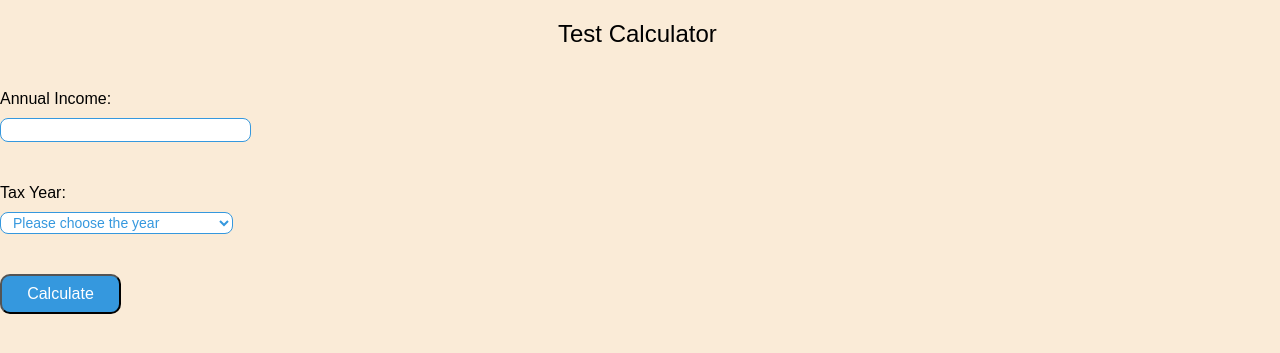
Repository: jbpadilha/taxcalculator
Page: /
An editor plug-in stored every save of this project. The page is shown before and after the next save, followed by the edit.
The browser window is 1280 px wide. The pictures show the whole page.
The project was rebuilt for these pictures with package versions that can differ from the ones it lists, and the page was loaded fresh each time.

Above is the page before, as saved 2023-06-17 21:26:32.

### src/index.css
body {
  background-color: #FAEBD7;
  margin: 0;
  font-family: -apple-system, BlinkMacSystemFont, 'Segoe UI', 'Roboto', 'Oxygen',
    'Ubuntu', 'Cantarell', 'Fira Sans', 'Droid Sans', 'Helvetica Neue',
    sans-serif;
  -webkit-font-smoothing: antialiased;
  -moz-osx-font-smoothing: grayscale;
}

code {
  font-family: source-code-pro, Menlo, Monaco, Consolas, 'Courier New',
    monospace;
}

### src/App.tsx
import React from 'react';
import RoutesComponent from './components/RouteComponent';

const App = () => {
  return (
    <div>
      <header>
      </header>
      <main>
        <RoutesComponent />
      </main>
      <footer>
        <div></div>
      </footer>
    </div>
  );
}

export default App;

### src/components/RouteComponent.tsx
import React from 'react';
import { BrowserRouter as Router, Route, Routes } from 'react-router-dom';

const Main = React.lazy(() => import('./Main'));
const ResultTax = React.lazy(() => import('./ResultTax'));

const RoutesComponent = () => {
    return (
        <Router>
            <Routes>
                <Route path={"/"} element={<Main />} />
                <Route path={"/results"} element={<ResultTax />} />
                <Route path="*" element={<Main />} />
            </Routes>
        </Router>
    );
}

export default RoutesComponent;

### src/components/Main.tsx
import React from 'react';
import { years } from '../config/constants';

const styles = {
    content: {
        marginTop: 20,
        minHeight: 200,
    },
    title: {
        margin: 'auto',
        marginTop: 20,
        width: 164,
        height: 28,
        fontFamily: 'Arial',
        fontSize: 24,
        color: '#000000',
        textDecoration: 'none solid rgb(0, 0, 0)',
    },
    contentInput: {
        marginTop: 40,
    },
    marginInput: {
        marginTop: 10,
    },
    titleInput: {
        paddingTop: 10,
        width: 111,
        height: 18,
        fontFamily: 'Arial',
        fontSize: 16,
        color: '#000000',
        textSecoration: 'none solid rgb(0, 0, 0)',
    },
    input: {
        width: 233,
        height: 22,
        padding: '0px 8px',
        border: '1px solid #3598de',
        borderRadius: 8,
        backgroundColor: '#ffffff',
        backgroundSize: 'cover',
        fontFamily: 'Arial',
        fontSize: 14,
        color: '#3598de',
        textDecoration: 'none solid rgb(53, 152, 222)'
    },
    button: {
        width: 121,
        height: 40,
        borderRadius: 10,
        backgroundColor: '#3598de',
        backgroundSize: 'cover',
        fontFamily: 'Arial',
        fontSize: 16,
        color: '#ffffff',
        textDecoration: 'none solid rgb(255, 255, 255)',
    },
};

const Main = () => {

    const calculate = () => {};

    return (
        <div style={styles.content}>
            <div style={styles.title}>Test Calculator</div>
            <div style={styles.content}>
                <div style={styles.contentInput}>
                    <div>
                        <label htmlFor='income' style={styles.titleInput}>Annual Income:</label>
                    </div>
                    <div style={styles.marginInput}>
                        <input style={styles.input} type="text" id="income" name="income" />
                    </div>
                </div>
                <div style={styles.contentInput}>
                    <div>
                        <label htmlFor='taxYear' style={styles.titleInput}>Tax Year:</label>
                    </div>
                    <div style={styles.marginInput}>
                    <select onChange={()=>{}} style={styles.input} id="taxYear" name="taxYear">
                        <option>Please choose the year</option>
                        {Array.from(years.entries()).map((entry) => {
                            const [key, value ] = entry;
                            return (<option key={key} >
                                {value}
                            </option>);
                        })}
                    </select>
                    </div>
                </div>
                <div style={styles.contentInput}>
                    <button style={styles.button} onClick={calculate}>Calculate</button>
                </div>
            </div>
        </div>
    );
}

export default Main;

### src/config/constants.ts
export const years = new Map<string, string>();
years.set('2019', '2019');
years.set('2020', '2020');
years.set('2021', '2021');
years.set('2022', '2022');

Loaded but not shown: public/index.html (common file); src/index.tsx (common file); src/reportWebVitals.ts (common file)

After the next save:
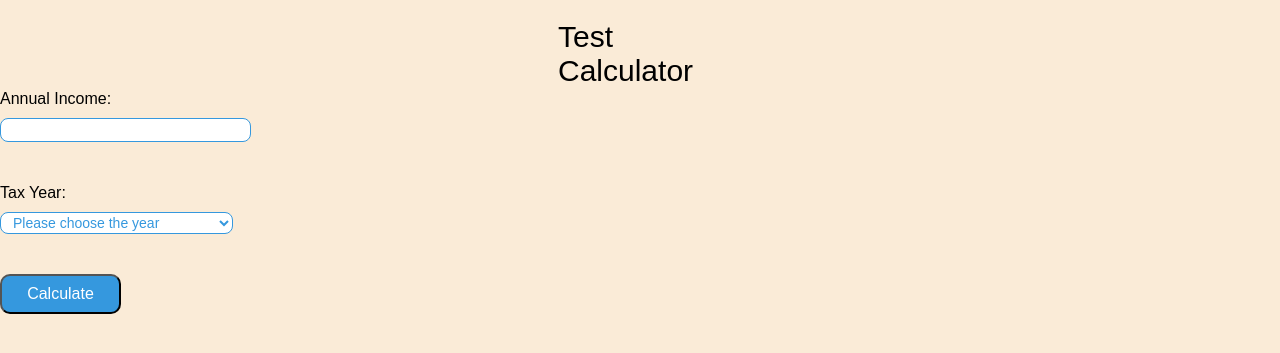
Saved 31 s later.
--- a/src/components/Main.tsx
+++ b/src/components/Main.tsx
@@ -12,7 +12,7 @@ const styles = {
         width: 164,
         height: 28,
         fontFamily: 'Arial',
-        fontSize: 24,
+        fontSize: 30,
         color: '#000000',
         textDecoration: 'none solid rgb(0, 0, 0)',
     },
